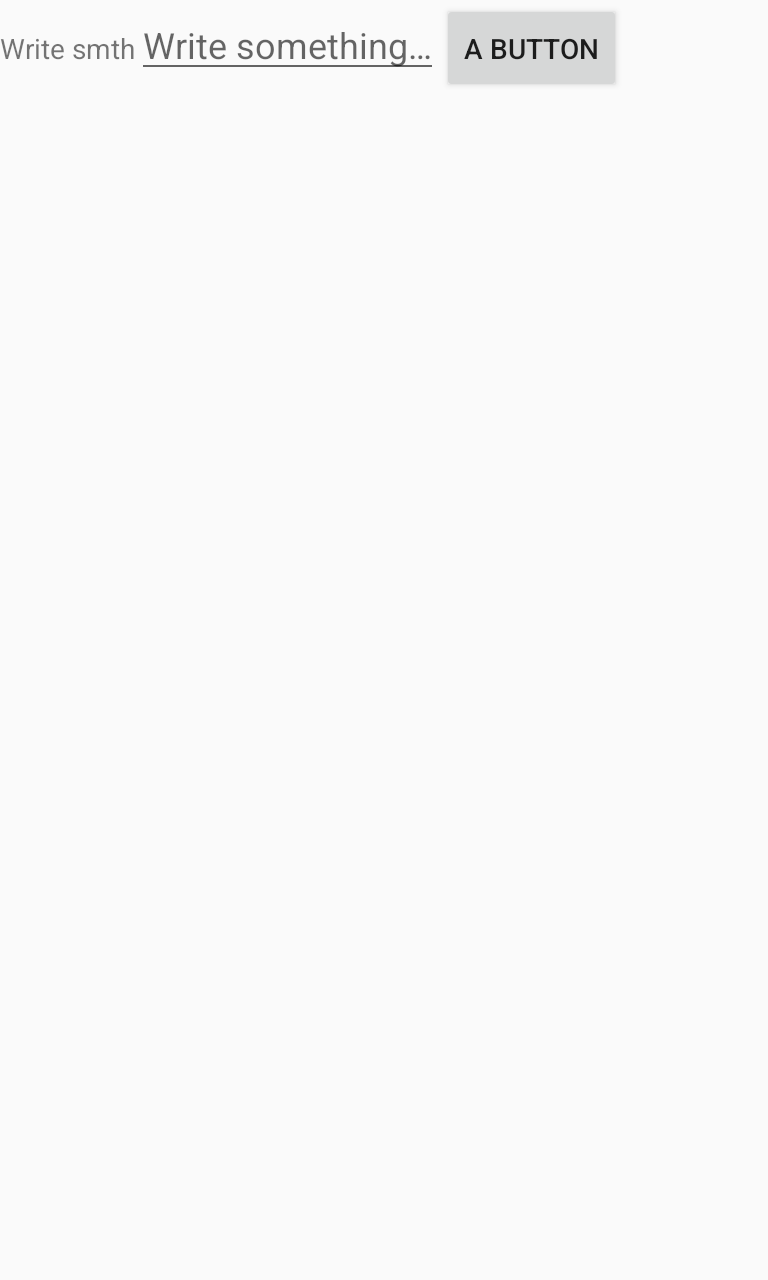
Repository: SVasilev/TimeWaste
Layout: TimeWaste/res/layout/activity_time_waste.xml
These files come from the project's save history. The layout is drawn as it stood at one moment and after the next save; the edit follows.
It is drawn on a 768 x 1280 px phone screen (xhdpi) without system bars, with theme AppTheme; the app's code is not run.

Above is the layout before, as saved 2014-07-18 23:19:46.

### TimeWaste/res/layout/activity_time_waste.xml
<LinearLayout xmlns:android="http://schemas.android.com/apk/res/android"
    xmlns:tools="http://schemas.android.com/tools"
    android:layout_width="match_parent"
    android:layout_height="match_parent"
    android:orientation="horizontal" >

    <TextView
        android:id="@+id/text"
	    android:layout_width="wrap_content"
	    android:layout_height="wrap_content"
	    android:text="Write smth" />

    <EditText android:id="@+id/std_message"
        android:layout_width="wrap_content"
        android:layout_height="wrap_content"
        android:hint="@string/std_message" />

    <Button
        android:id="@+id/button"
        android:layout_width="wrap_content"
        android:layout_height="wrap_content"
        android:text="a Button" />


</LinearLayout>

### TimeWaste/res/values/strings.xml
<?xml version="1.0" encoding="utf-8"?>
<resources>

    <string name="app_name">TimeWaste</string>
    <string name="edit_message">Write something.</string>
    <string name="std_message">Write something&#8230; </string>
    <string name="edit_text_text">wtf am i doing? </string>
    <string name="action_settings">Settings</string>

</resources>

Loaded but not shown: TimeWaste/res/values/styles.xml (common file); TimeWaste/res/values-v11/styles.xml (common file); TimeWaste/res/values-v14/styles.xml (common file)

After the next save:
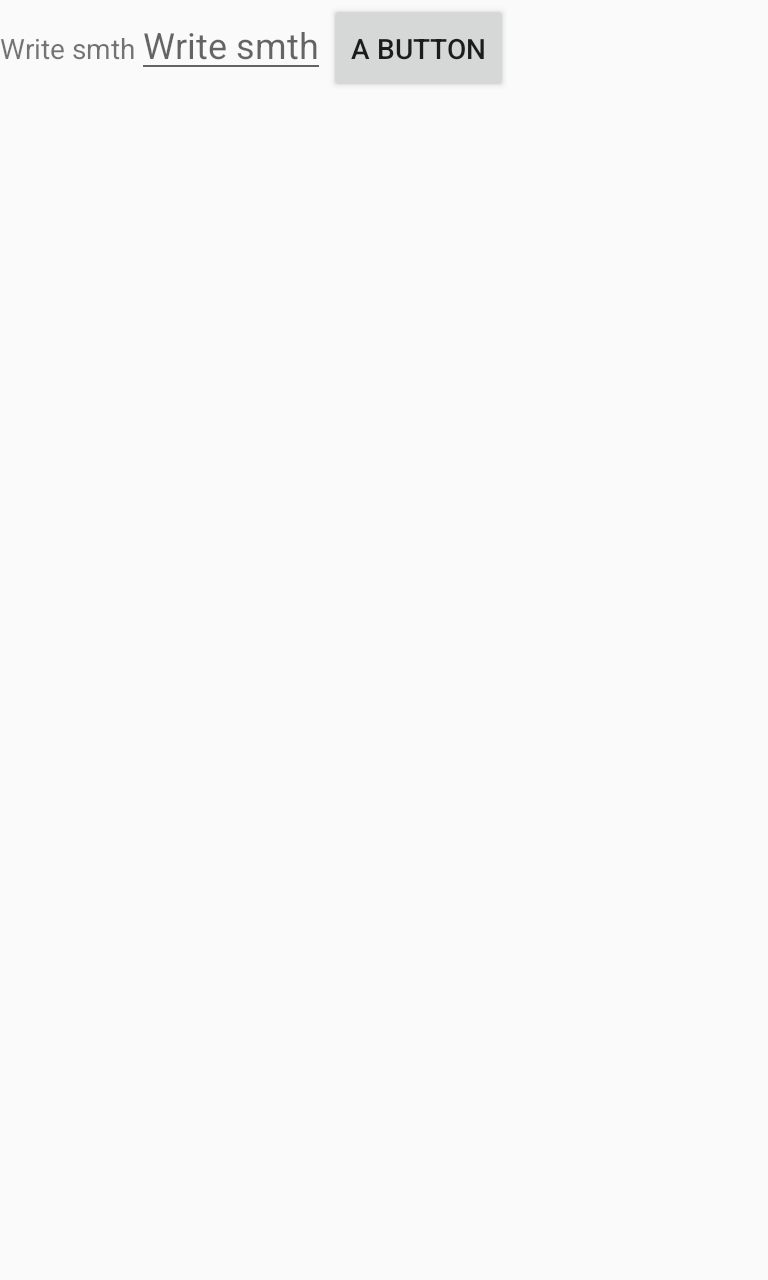
Saved 34 s later.
--- a/TimeWaste/res/layout/activity_time_waste.xml
+++ b/TimeWaste/res/layout/activity_time_waste.xml
@@ -13,7 +13,7 @@
     <EditText android:id="@+id/std_message"
         android:layout_width="wrap_content"
         android:layout_height="wrap_content"
-        android:hint="@string/std_message" />
+        android:hint="Write smth" />
 
     <Button
         android:id="@+id/button"
